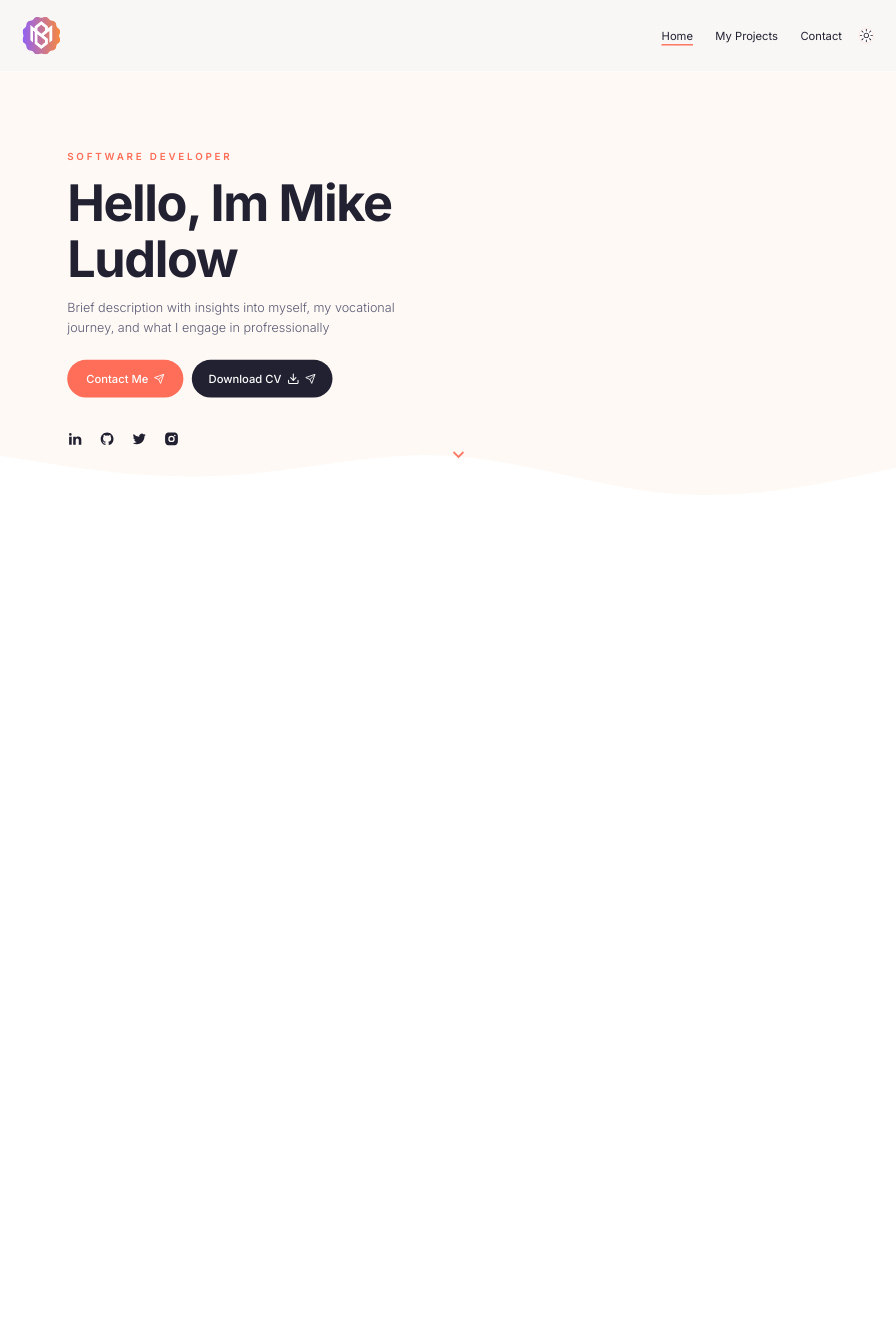
Repository: MikeeBuilds/mike-port
Page: /
An editor plug-in stored every save of this project. The page is shown before and after a run of saves, followed by the edit.
The browser window is 1280 px wide. The pictures show the part of the page from y = 0 to 1920 px (the page is 4731 px tall), at 70% of full size.
The project was rebuilt for these pictures with package versions that can differ from the ones it lists, and the page was loaded fresh each time. The framework's server and built-in components were replaced by stand-ins that run in the browser. Also part of the build but not shown: next.config.js, components/DevImg.jsx, components/Badge.jsx.

Above is the page before, as saved 2023-11-30 11:05:35.

After the next 2 saves:
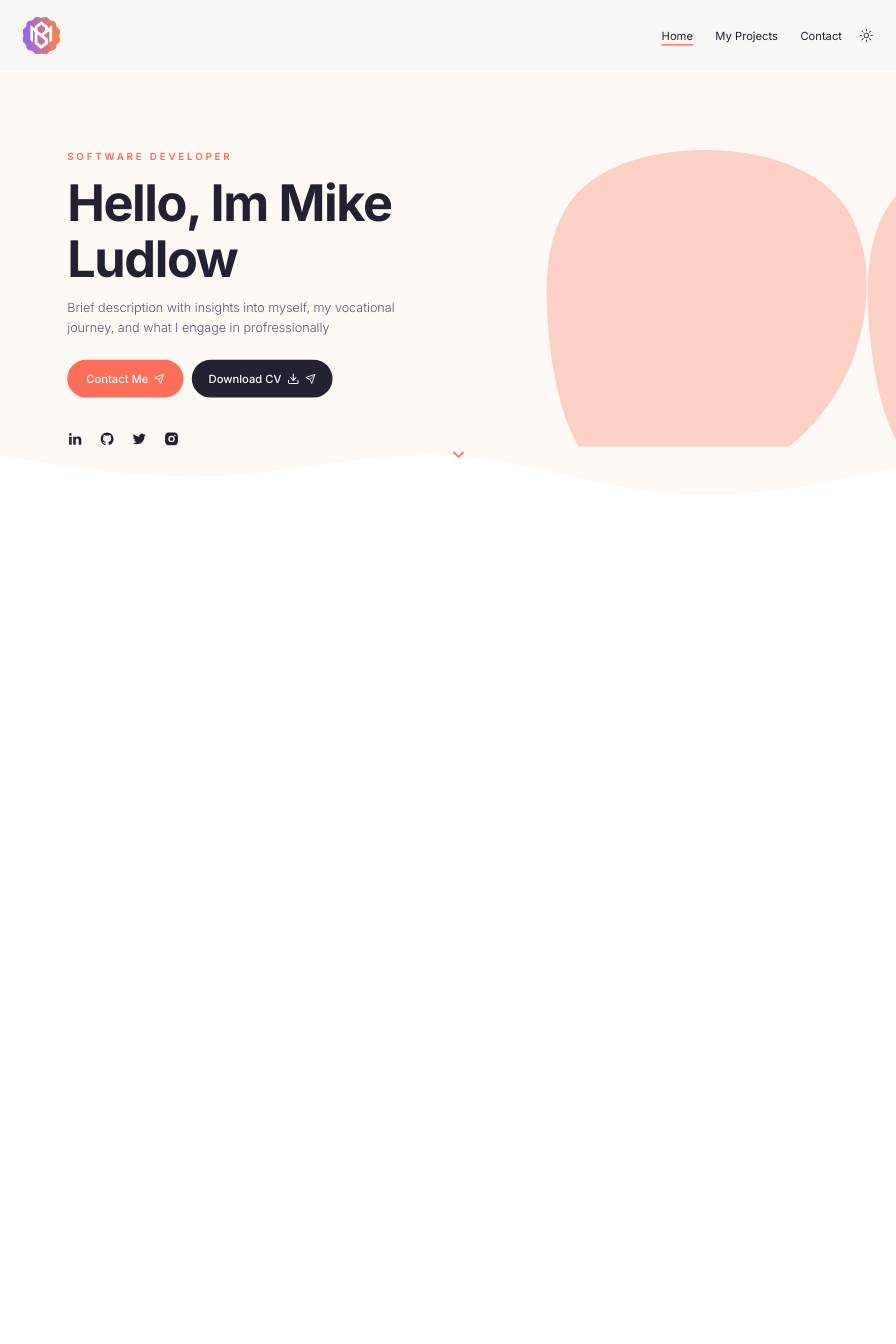
The 2 saves are shown as one change because they came seconds apart.
The last was saved 9 s later.
--- a/components/Hero.jsx
+++ b/components/Hero.jsx
@@ -50,7 +50,7 @@ const Hero = () => {
         </div>
         {/* image */}
         <div className="hidden xl:flex relative">
-          <div className="bg-hero_shape2_light dark:bg-hero_shape2">
+          <div className="bg-hero_shape2_light dark:bg-hero_shape2_dark w-[500px]">
 
           </div>
         </div>
